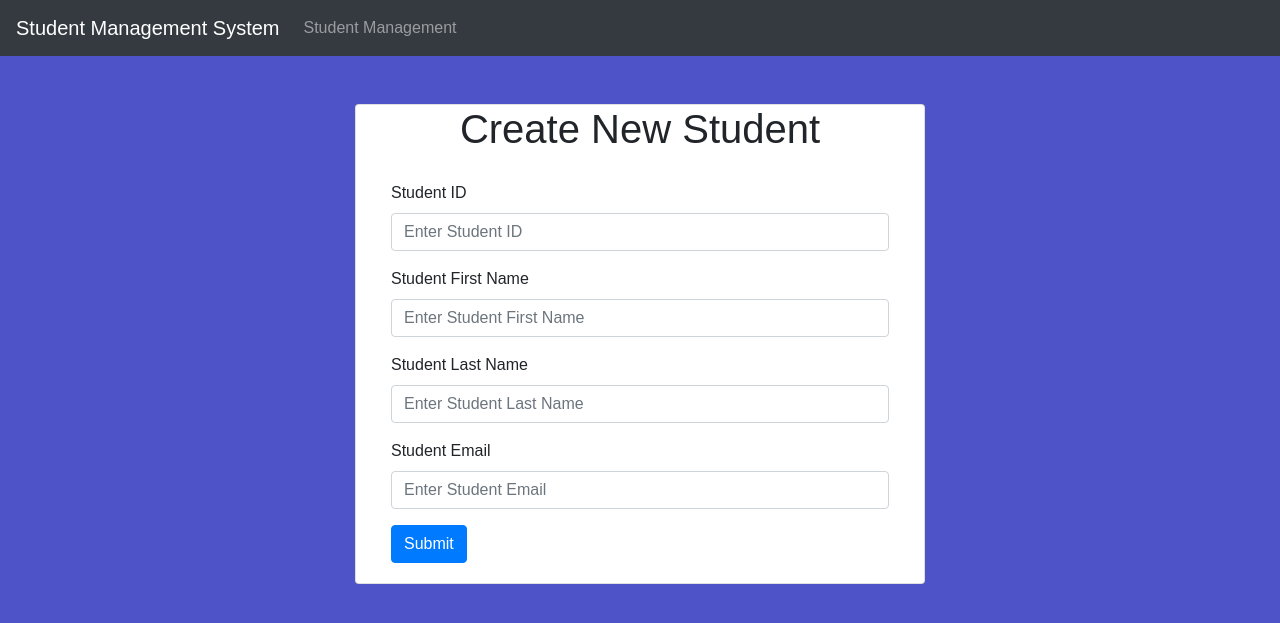
Repository: Luckysenapati/student-management-system
Page: http://localhost/create_student
An editor plug-in stored every save of this project. The page is shown before and after the next save, followed by the edit.
The browser window is 1280 px wide. The pictures show the whole page.
Some web fonts or font styles are not loaded; a fallback is used. The page is this project's Thymeleaf template; nobody is signed in. The template is opened directly, without the code that normally fills it, so the values that code supplies are empty.

Above is the page before, as saved 2024-12-22 15:31:45.

### springboot project Gr11/student-management-system/src/main/resources/templates/create_student.html
<!DOCTYPE html>
<html xmlns:th="http://www.thymeleaf.org">
<head>
<meta charset="ISO-8859-1">
<title>Student Management System</title>
<link rel="stylesheet"
	href="https://maxcdn.bootstrapcdn.com/bootstrap/4.0.0/css/bootstrap.min.css"
	integrity="sha384-Gn5384xqQ1aoWXA+058RXPxPg6fy4IWvTNh0E263XmFcJlSAwiGgFAW/dAiS6JXm"
	crossorigin="anonymous">
	<style>
		@import url('https://fonts.googleapis.com/css?family=Exo:400,700');

		*{
		    margin: 0px;
		    padding: 0px;
		}

		body{
		    font-family: 'Exo', sans-serif;
		}


		.context {
		    width: 100%;
		    position: absolute;
		    top:50vh;

		}

		.context h1{
		    text-align: center;
		    color: #fff;
		    font-size: 50px;
		}


		.area{
		    background: #4e54c8;
		    background: -webkit-linear-gradient(to left, #8f94fb, #4e54c8);
		    width: 100%;
		    height:100vh;


		}

		.circles{
		    position: absolute;
		    top: 0;
		    left: 0;
		    width: 100%;
		    height: 100%;
		    overflow: hidden;
		}

		.circles li{
		    position: absolute;
		    display: block;
		    list-style: none;
		    width: 20px;
		    height: 20px;
		    background: rgba(255, 255, 255, 0.2);
		    animation: animate 25s linear infinite;
		    bottom: -150px;

		}

		.circles li:nth-child(1){
		    left: 25%;
		    width: 80px;
		    height: 80px;
		    animation-delay: 0s;
		}


		.circles li:nth-child(2){
		    left: 10%;
		    width: 20px;
		    height: 20px;
		    animation-delay: 2s;
		    animation-duration: 12s;
		}

		.circles li:nth-child(3){
		    left: 70%;
		    width: 20px;
		    height: 20px;
		    animation-delay: 4s;
		}

		.circles li:nth-child(4){
		    left: 40%;
		    width: 60px;
		    height: 60px;
		    animation-delay: 0s;
		    animation-duration: 18s;
		}

		.circles li:nth-child(5){
		    left: 65%;
		    width: 20px;
		    height: 20px;
		    animation-delay: 0s;
		}

		.circles li:nth-child(6){
		    left: 75%;
		    width: 110px;
		    height: 110px;
		    animation-delay: 3s;
		}

		.circles li:nth-child(7){
		    left: 35%;
		    width: 150px;
		    height: 150px;
		    animation-delay: 7s;
		}

		.circles li:nth-child(8){
		    left: 50%;
		    width: 25px;
		    height: 25px;
		    animation-delay: 15s;
		    animation-duration: 45s;
		}

		.circles li:nth-child(9){
		    left: 20%;
		    width: 15px;
		    height: 15px;
		    animation-delay: 2s;
		    animation-duration: 35s;
		}

		.circles li:nth-child(10){
		    left: 85%;
		    width: 150px;
		    height: 150px;
		    animation-delay: 0s;
		    animation-duration: 11s;
		}



		@keyframes animate {

		    0%{
		        transform: translateY(0) rotate(0deg);
		        opacity: 1;
		        border-radius: 0;
		    }

		    100%{
		        transform: translateY(-1000px) rotate(720deg);
		        opacity: 0;
		        border-radius: 50%;
		    }

		}
	</style>
</head>
<body>
	   <div class="context">
		</div >
	<div class="area" >


<nav class="navbar navbar-expand-md bg-dark navbar-dark">
  <!-- Brand -->
  <a class="navbar-brand" href="#">Student Management System</a>

  <!-- Toggler/collapsibe Button -->
  <button class="navbar-toggler" type="button" data-toggle="collapse" data-target="#collapsibleNavbar">
    <span class="navbar-toggler-icon"></span>
  </button>

  <!-- Navbar links -->
  <div class="collapse navbar-collapse" id="collapsibleNavbar">
    <ul class="navbar-nav">
      <li class="nav-item">
        <a class="nav-link" th:href="@{/students}">Student Management</a>
      </li>
    </ul>
  </div>
</nav>
<br>
<br>
	<div class = "container">
		<div class = "row">
			<div class ="col-lg-6 col-md-6 col-sm-6 container justify-content-center card">
				<h1 class = "text-center"> Create New Student </h1>
				<div class = "card-body">
					<form th:action="@{/students}" th:object = "${student}" method="POST">
						<div class ="form-group">
							<label> Student ID </label>
							<input
							type = "text"
							name = "Id"
							th:field = "*{id}"
						    class = "form-control"
							placeholder="Enter Student ID"
						    />
						</div>

						<div class ="form-group">
							<label> Student First Name </label>
							<input
							type = "text"
							name = "firstName"
							th:field = "*{firstName}"
							class = "form-control"
							placeholder="Enter Student First Name"
							/>
						</div>

						<div class ="form-group">
							<label> Student Last Name </label>
							<input
							type = "text"
							name = "lastName"
							th:field = "*{lastName}"
							class = "form-control"
							placeholder="Enter Student Last Name"
							/>
						</div>

						<div class ="form-group">
							<label> Student Email </label>
							<input
							type = "text"
							name = "email"
							th:field = "*{email}"
							class = "form-control"
							placeholder="Enter Student Email"
							/>
						</div>

						<div class = "box-footer">
							<button type="submit" class = "btn btn-primary">
								Submit
							</button>
						</div>
					</form>

				</div>
			</div>
		</div>
	</div>
</div>
</body>
</html>

After the next save:
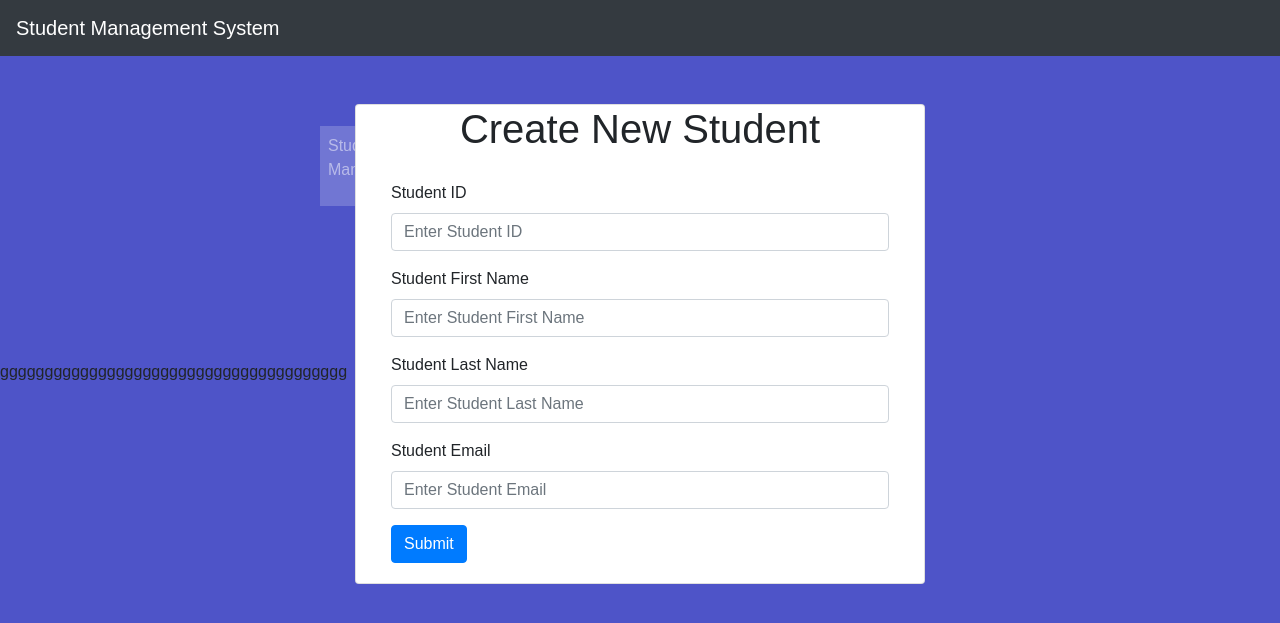
Saved 3 min 30 s later.
--- a/springboot project Gr11/student-management-system/src/main/resources/templates/create_student.html
+++ b/springboot project Gr11/student-management-system/src/main/resources/templates/create_student.html
@@ -161,9 +161,10 @@
 </head>
 <body>
 	   <div class="context">
+		  <p>ggggggggggggggggggggggggggggggggggggggg</p>
 		</div >
 	<div class="area" >
-
+		<ul class="circles">
 
 <nav class="navbar navbar-expand-md bg-dark navbar-dark">
   <!-- Brand -->
@@ -246,6 +247,7 @@
 			</div>
 		</div>
 	</div>
+		</ul>
 </div>
 </body>
 </html>
